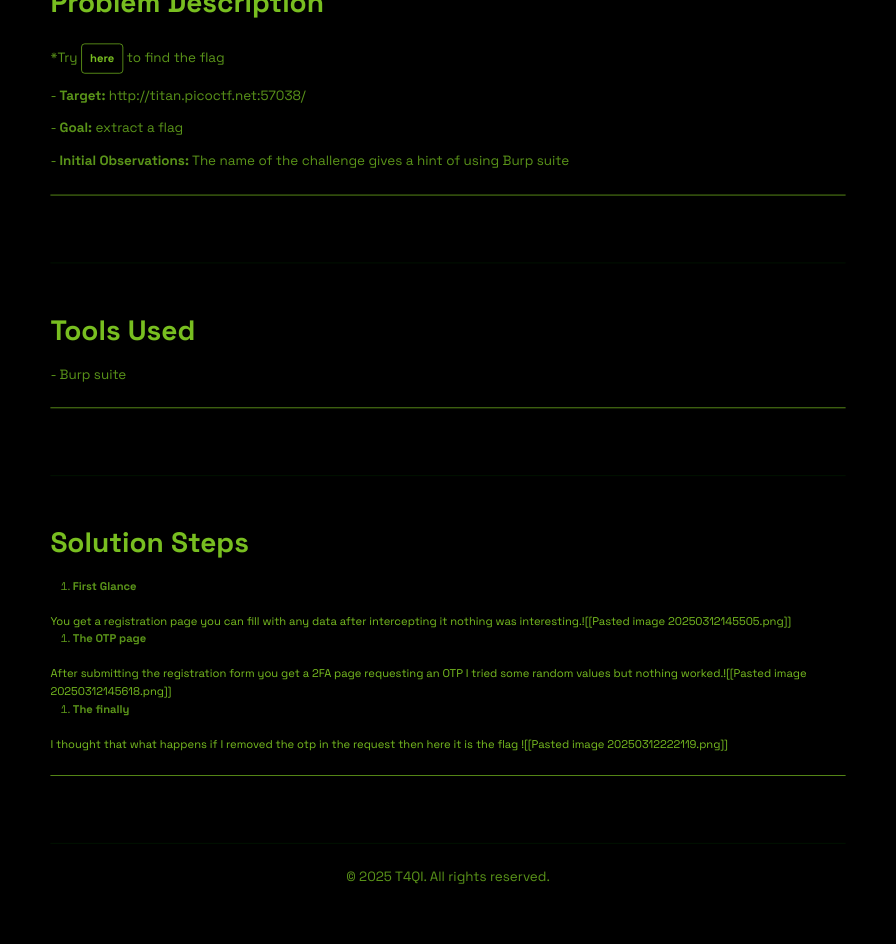
Repository: mohamedsoliman-tq/Website
Page: blogs/picoCTF/introburp.html
The author's editor kept a copy of each file at every save. The page is drawn from the files as they stood at one save, then again after a run of saves.
The browser window is 1280 px wide. The pictures show the part of the page from y = 733 to 2653 px (the page is 2081 px tall before and 2653 px after), at 70% of full size.

Above is the page before, as saved 2025-03-13 00:10:59.

### blogs/picoCTF/introburp.html
<!DOCTYPE html>
<html>
<head>
    <meta charset="UTF-8">
    <meta name="viewport" content="width=device-width, initial-scale=1.0">
    <title>Converted Markdown</title>
    <style>

    @import url('https://fonts.googleapis.com/css2?family=Space+Grotesk:wght@300;400;700&display=swap');

    :root {
        --primary-black: #000000;
        --green-accent: #78BE20;
        --dark-green: #5a9419;
    }

    * {
        margin: 0;
        padding: 0;
        box-sizing: border-box;
        font-family: 'Space Grotesk', sans-serif;
    }

    body {
        background-color: var(--primary-black);
        color: var(--green-accent);
        line-height: 1.6;
    }

    .container {
        max-width: 1200px;
        margin: 0 auto;
        padding: 2rem;
    }

    .section {
        padding: 4rem 0;
        border-bottom: 1px solid #001a00;
    }

    /* Navigation Styles */
    nav {
        background: rgba(0, 0, 0, 0.95);
        padding: 1rem;
        position: sticky;
        top: 0;
        border-bottom: 2px solid var(--green-accent);
        z-index: 100;
    }

    nav ul {
        display: flex;
        justify-content: space-around;
        list-style: none;
    }

    nav a {
        color: var(--green-accent);
        text-decoration: none;
        padding: 0.5rem 1rem;
        transition: all 0.3s;
    }

    nav a:hover {
        color: var(--dark-green);
        text-shadow: 0 0 10px var(--green-accent);
    }

    /* Hero Section Styles */
    .hero {
        text-align: center;
        padding: 4rem 0;
        background: linear-gradient(45deg, var(--primary-black), #001100);
    }

    h1, h2, h3, h4, h5, h6 {
        color: var(--green-accent);
        margin-bottom: 1rem;
    }

    h1 {
        font-size: 3.5rem;
        text-shadow: 0 0 15px var(--green-accent);
    }

    h2 {
        font-size: 2.5rem;
    }

    p {
        color: var(--dark-green);
        font-size: 1.2rem;
        margin-bottom: 1rem;
    }

    /* Code blocks */
    pre {
        background: #000a00;
        padding: 1.5rem;
        border-radius: 5px;
        border: 1px solid var(--green-accent);
        overflow-x: auto;
        margin: 1.5rem 0;
    }

    code {
        font-family: monospace;
        color: var(--green-accent);
    }

    /* List styling */
    ul, ol {
        margin-left: 2rem;
        margin-bottom: 1.5rem;
        color: var(--dark-green);
    }

    li {
        margin-bottom: 0.5rem;
    }

    /* Links */
    a {
        color: var(--green-accent);
        text-decoration: none;
        transition: all 0.3s;
    }

    a:hover {
        color: var(--dark-green);
        text-shadow: 0 0 10px var(--green-accent);
    }

    .read-more {
        display: inline-block;
        margin-top: 10px;
        padding: 8px 12px;
        font-size: 1rem;
        font-weight: bold;
        color: var(--green-accent);
        text-decoration: none;
        border: 1px solid var(--green-accent);
        border-radius: 5px;
        transition: all 0.3s ease;
    }

    .read-more:hover {
        background-color: var(--green-accent);
        color: var(--primary-black);
        box-shadow: 0 0 10px var(--green-accent);
    }

    /* Images */
    img {
        max-width: 100%;
        border: 1px solid var(--green-accent);
        border-radius: 5px;
        margin: 1rem 0;
    }

    /* Horizontal rule */
    hr {
        border: none;
        height: 1px;
        background-color: var(--green-accent);
        margin: 2rem 0;
    }

    /* Responsive adjustments */
    @media (max-width: 768px) {
        h1 {
            font-size: 2.5rem;
        }

        .container {
            padding: 1rem;
        }

        .section {
            padding: 2rem 0;
        }
    }

    footer {
        text-align: center;
        padding: 2rem;
        color: var(--green-accent);
    }

    </style>
</head>
<body>
    <nav>
        <ul>
            <li><a href="/">Home</a></li>
            <li><a href="/Projects.html">Projects</a></li>
            <li><a href="/Blogs.html">Blog</a></li>
        </ul>
    </nav>
    <div class="container">
<div class="section" id="introtoburp---write-up"><h1>IntroToBurp - Write-Up</h1>

<p><strong>Date:</strong> 12/03/2025  </p>
<p><strong>Challenge Category:</strong> #Web-Security</p>
<p>Platform: #picoCTF</p>
<p><strong>Difficulty:</strong> #Easy</p>
<p><strong>Status:</strong> #Solved</p>

<hr>
</div><div class="section" id="problem-description"><h2>Problem Description</h2>

<p>*Try <a href="http://titan.picoctf.net:57038/" class="read-more">here</a> to find the flag</p>

<p>- <strong>Target:</strong> http://titan.picoctf.net:57038/</p>
<p>- <strong>Goal:</strong> extract a flag</p>
<p>- <strong>Initial Observations:</strong> The name of the challenge gives a hint of using Burp suite </p>

<hr>

</div><div class="section" id="tools-used"><h2>Tools Used</h2>

<p>- Burp suite</p>

<hr>

</div><div class="section" id="solution-steps"><h2>Solution Steps</h2>


<ol>
  <li><strong>First Glance</strong></li>
</ol>
   You get a registration page you can fill with any data after intercepting it nothing was interesting.![[Pasted image 20250312145505.png]]
<ol>
  <li><strong>The OTP page</strong></li>
</ol>
   After submitting the registration form you get a 2FA page requesting an OTP I tried some random values but nothing worked.![[Pasted image 20250312145618.png]]

<ol>
  <li><strong>The finally</strong></li>
</ol>
   I thought that what happens if I removed the otp in  the request then here it is the flag ![[Pasted image 20250312222119.png]]

<hr>

</div>
        <footer>
        <p>© 2025 T4QI. All rights reserved.</p>
    </footer>
    </div>
</body>
</html>

After the next 10 saves:
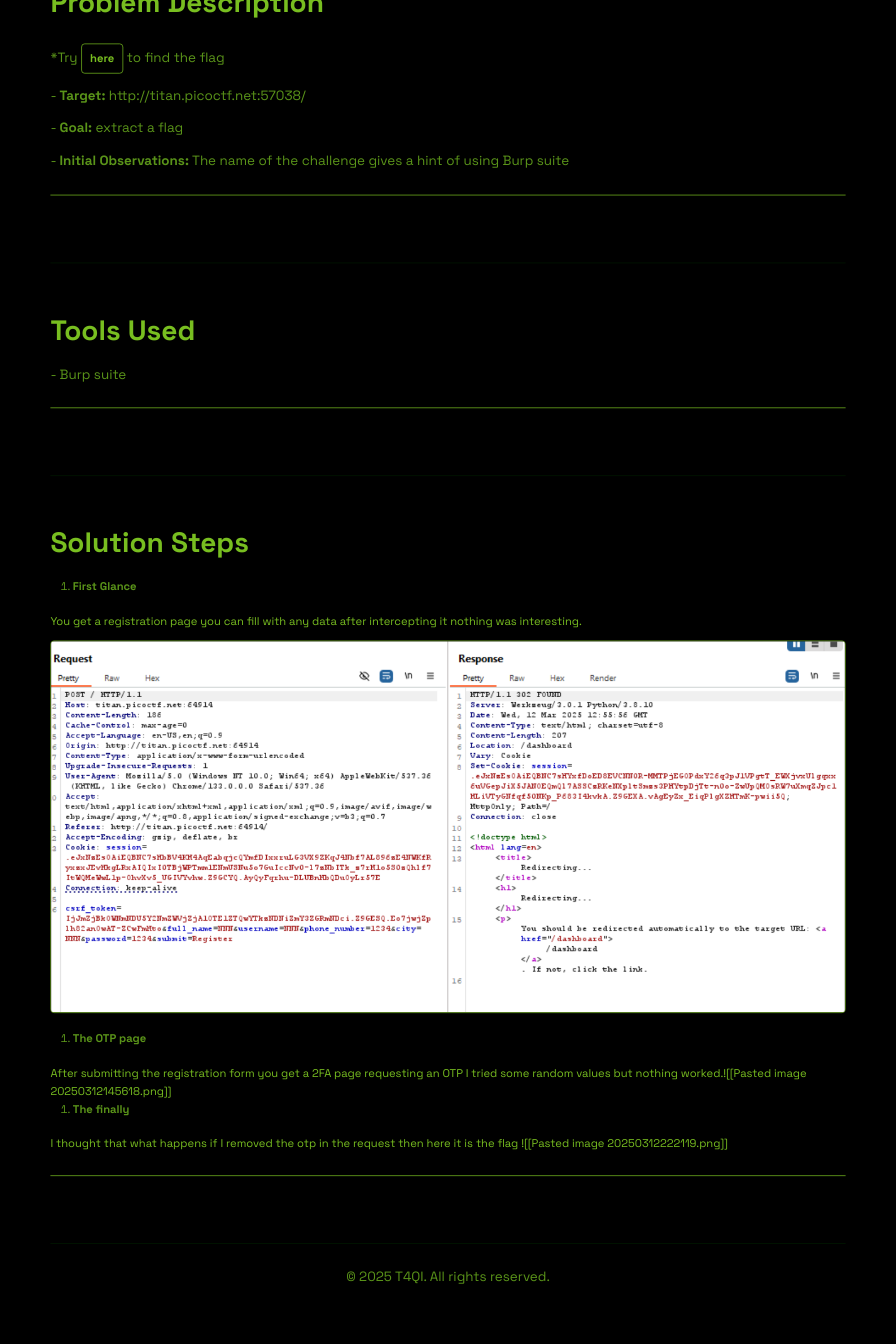
The 10 saves are shown as one change because they came seconds apart.
The last was saved 63 s later.
--- a/blogs/picoCTF/introburp.html
+++ b/blogs/picoCTF/introburp.html
@@ -229,7 +229,7 @@
 <ol>
   <li><strong>First Glance</strong></li>
 </ol>
-   You get a registration page you can fill with any data after intercepting it nothing was interesting.![[Pasted image 20250312145505.png]]
+   You get a registration page you can fill with any data after intercepting it nothing was interesting.<img src="pics/intro1.png">
 <ol>
   <li><strong>The OTP page</strong></li>
 </ol>
